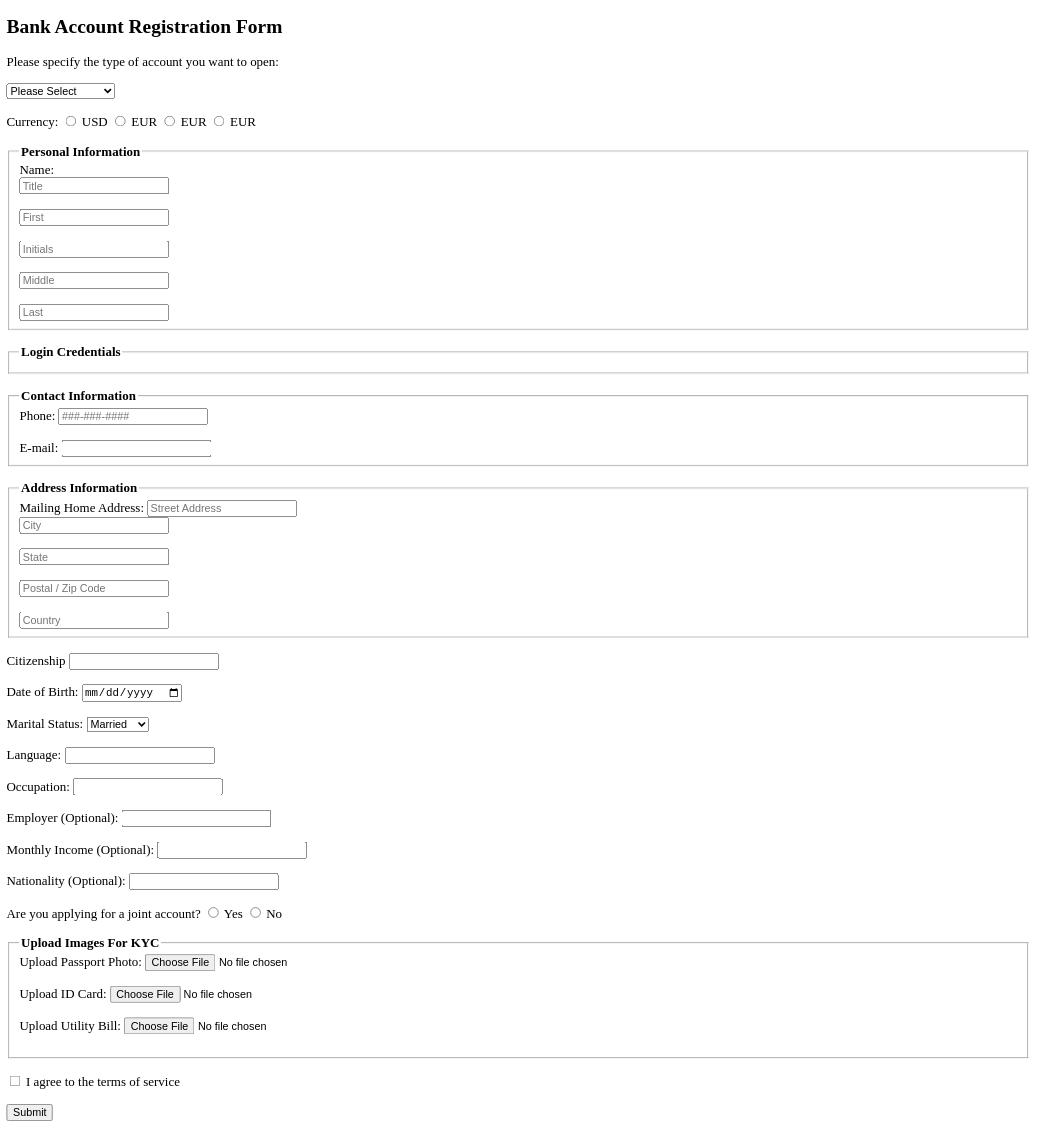
Repository: hizeetech/First-Assignment
Page: sign_up.html
These files come from the project's save history. The page is drawn as it stood at one moment and after the next save; the edit follows.
The browser window is 1280 px wide. The pictures show the whole page, at 81% of full size.

Above is the page before, as saved 2024-11-09 03:34:36.

### sign_up.html
<!-- sign_up.html -->
<!DOCTYPE html>
<html lang="en">
<head>
    <meta charset="UTF-8">
    <meta name="viewport" content="width=device-width, initial-scale=1.0">
    <title>Bank Account Registration Form</title>

</head>
<body>

<div>
    <h2>Bank Account Registration Form</h2>
    <form action="#" method="post">

        <div>
            <label for="account-type">Please specify the type of account you want to open:</label><br><br>
            <select id="account-type" name="account_type" required>
                <option value="">Please Select</option>
                <option value="savings">Savings Account</option>
                <option value="current">Current Account</option>
                <option value="corporate">Corporate Account</option>
            </select>
        </div>
        <br>
        <div>
            <label>Currency:</label>
            <label><input type="radio" name="currency" value="NGN" required> USD</label>
            <label><input type="radio" name="currency" value="USD"> EUR</label>
            <label><input type="radio" name="currency" value="EUR"> EUR</label>
            <label><input type="radio" name="currency" value="POUNDS"> EUR</label>
        </div>
        <br>
        <div>
            <fieldset>
                <legend><b>Personal Information</b></legend>
            <label for="title">Name:</label>
            <div class="inline"><input type="text" id="title" name="title" placeholder="Title"></div><br>
            <div class="inline"><input type="text" name="first_name" placeholder="First" required></div><br>
            <div class="inline"><input type="text" name="initials" placeholder="Initials"></div><br>
            <div class="inline"><input type="text" name="middle_name" placeholder="Middle"></div><br>
            <input type="text" name="last_name" placeholder="Last" required><br>
            </fieldset>
        </div>
        <br>
        <div>
            <fieldset>
                <legend><b>Login Credentials</b></legend>

            </fieldset>

        </div>
        <br>
        <div>
            <fieldset>
                <legend><b>Contact Information</b></legend>
            <label for="phone">Phone:</label>
            <input type="tel" id="phone" name="phone" placeholder="###-###-####" required>
        <br><br>
            <label for="email">E-mail:</label>
            <input type="email" id="email" name="email" required>
        </fieldset>
        </div>
        <br>
        <div>
            <fieldset>
                <legend><b>Address Information</b></legend>
            <label for="address">Mailing Home Address:</label>
            <input type="text" id="address" name="address" placeholder="Street Address" required><br>
            <div class="inline"><input type="text" name="city" placeholder="City" required></div><br>
            <div class="inline"><input type="text" name="state" placeholder="State" required></div><br>
            <div class="inline"><input type="text" name="postal_code" placeholder="Postal / Zip Code" required></div><br>
            <input type="text" name="country" placeholder="Country" required><br>
        </fieldset>
        </div>
        <br>
        <div>
            <label for="citizenship">Citizenship</label>
            <input type="citizenship" id="citizenship" name="citizenship" required>
        </div>
        <br>
        <div>
            <label for="dob">Date of Birth:</label>
            <input type="date" id="dob" name="dob" required>
        </div>
        <br>
        <div>
            <label for="marital-status">Marital Status:</label>
            <select id="marital-status" name="marital_status" required>
                <option value="married">Married</option>
                <option value="single">Single</option>
                <option value="divorced">Divorced</option>
                <option value="widowed">Widowed</option>
            </select>
        </div>
        <br>
        <div>
            <label for="language">Language:</label>
            <input type="text" id="language" name="language" required>
        </div>
        <br>
        <div>
            <label for="occupation">Occupation:</label>
            <input type="text" id="occupation" name="occupation" required>
        </div>
        <br>
        <div>
            <label for="employer">Employer (Optional):</label>
            <input type="text" id="employer" name="employer">
        </div>
        <br>
        <div>
            <label for="income">Monthly Income (Optional):</label>
            <input type="text" id="income" name="monthly_income">
        </div>
        <br>
        <div>
            <label for="nationality">Nationality (Optional):</label>
            <input type="text" id="nationality" name="nationality">
        </div>
        <br>
        <div>
            <label>Are you applying for a joint account?</label>
            <label><input type="radio" name="joint_account" value="yes"> Yes</label>
            <label><input type="radio" name="joint_account" value="no"> No</label>
        </div>
        <br>
        <div>
            <fieldset>
                <legend><b>Upload Images For KYC</b></legend>
            <label for="passportPhoto">Upload Passport Photo:</label>
            <input type="file" id="passportPhoto" name="passportPhoto" accept="image/*" required><br><br>

            <label for="idCard">Upload ID Card:</label>
            <input type="file" id="idCard" name="idCard" accept="image/*" required><br><br>

            <label for="utilityBill">Upload Utility Bill:</label>
            <input type="file" id="utilityBill" name="utilityBill" accept="image/*" required><br><br>
            </fieldset>
        </div>
        <br>
        <div>
            <input type="checkbox" id="terms" name="terms" required>
            <label for="terms">I agree to the terms of service</a></label>
        </div>
        <br>
        <button type="submit" class="submit-btn">Submit</button>
    </form>
</div>

</body>
</html>

After the next save:
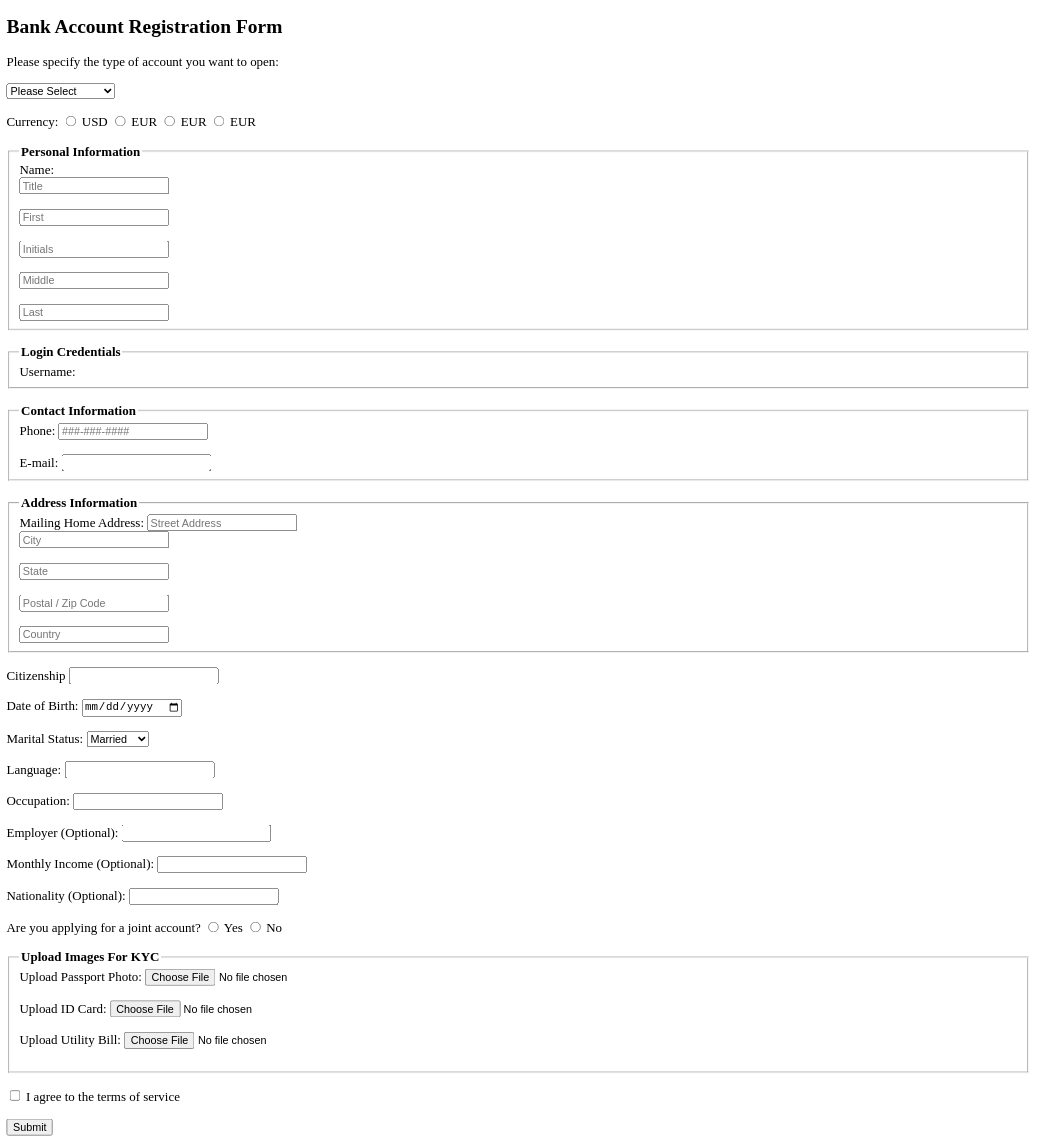
Saved 4 s later.
--- a/sign_up.html
+++ b/sign_up.html
@@ -46,6 +46,7 @@
         <div>
             <fieldset>
                 <legend><b>Login Credentials</b></legend>
+                <label for="username">Username:</label>
 
             </fieldset>
 
